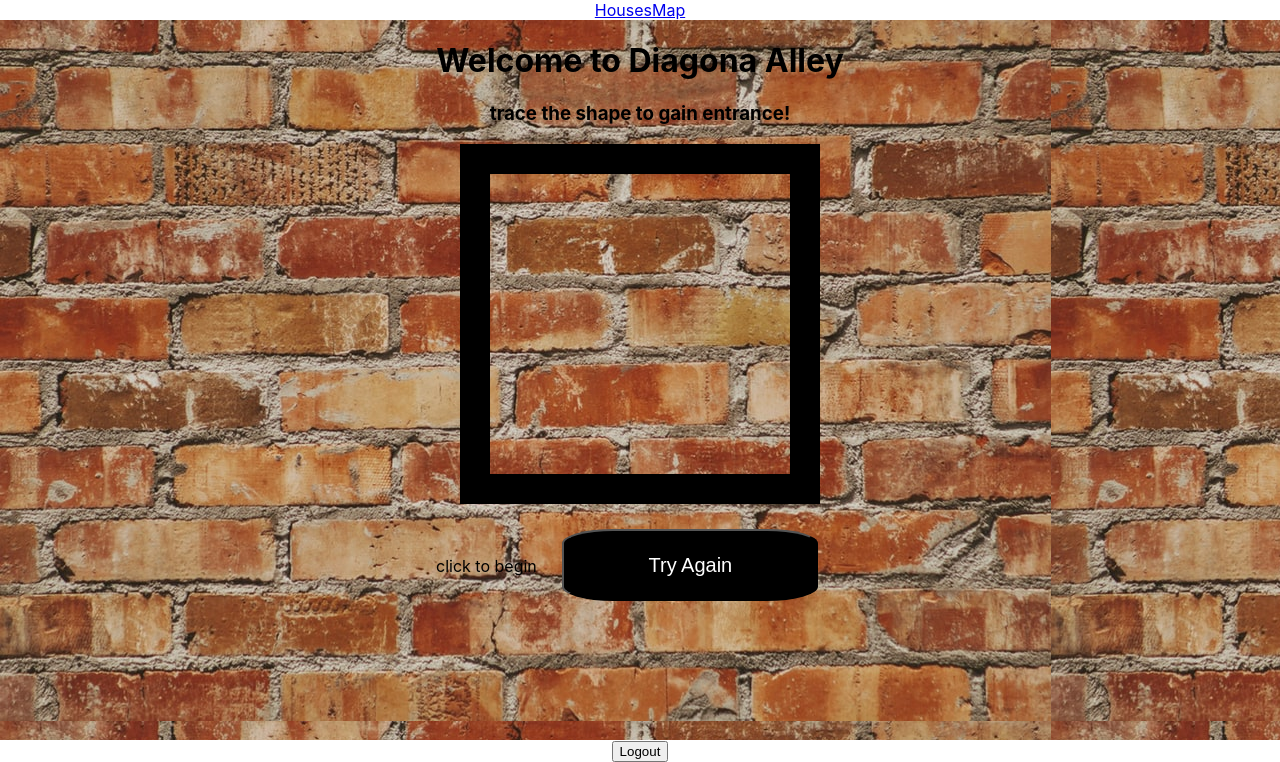
Repository: Brandon205/PotterGo
Page: /houses (app in client/)
The author's editor kept a copy of each file at every save. The page is drawn from the files as they stood at one save, then again after the next save.
The browser window is 1280 px wide. The pictures show the whole page.
The project was rebuilt for these pictures with package versions that can differ from the ones it lists, and the page was loaded fresh each time. A package was used in the major version that the imports need, not the one package.json lists. Also part of the build but not shown: client/src/Homepage.jsx, client/src/Signup.js, client/src/Login.js, client/src/LoginPage.jsx, client/src/WandGenerator.jsx.

Above is the page before, as saved 2019-11-21 16:01:37.

### client/src/App.js
import React from 'react';
import './App.css';
import Axios from 'axios';
import {
  BrowserRouter as Router,
  Route,
  Link,
} from 'react-router-dom';
import DiagonAlley from './DiagonAlley';
import Homepage from './Homepage';
import LoginPage from './LoginPage';
import WandGenerator from './WandGenerator';

class App extends React.Component {
  state = {
    token: '',
    user: null,
    errorMessage: '',
    lockedResult: '',
    redirect: ''
  }

  checkForLocalToken = () => {
    // Look in LS for localtoken
    let token = localStorage.getItem('mernToken');
    if (!token || token === 'undefined') {
      // if no taken, remove all evidence of mernToken from LS and state
      localStorage.removeItem('mernToken');
      this.setState({ token: '', user: null });
    } else {
      // if token, verify token on backend
      Axios.post('/auth/me/from/token', { token })
      .then(res => {
        if (res.data.type === 'error') {
          localStorage.removeItem('mernToken');
          this.setState({ token: '', user: null, errorMessage: res.data.message });
        } else {
          // if verified store it back in LS and state
          localStorage.setItem('mernToken', res.data.token);
          this.setState({ token: res.data.token, user: res.data.user });
        }
      })
    }
  }

  componentDidMount = () => {
    this.checkForLocalToken()
  }

  liftToken = ({token, user}) => {
    this.setState({ token, user });
  }

  logout = () => {
    localStorage.removeItem('mernToken');
    this.setState({ token: '', user: null });
  }

  render() {
    return (
      <Router>
        <div className="App">
          <Link to='/houses'>Houses</Link>
          <Link to='/map'>Map</Link>
          <Route exact path='/' render={ () => <LoginPage liftToken={this.liftToken}/>}/>
          <Route exact path='/map' component={Homepage}/>
          <Route exact path='/houses' component={DiagonAlley}/>
          <Route exact path='/wand' component={WandGenerator}/>
          <button onClick={this.logout}>Logout</button>
        </div>
      </Router>
    );
  }
}

export default App;

### client/src/App.css
.App {
  text-align: center;
}

.App-logo {
  height: 40vmin;
}

.App-header {
  background-color: #282c34;
  min-height: 100vh;
  display: flex;
  flex-direction: column;
  align-items: center;
  justify-content: center;
  font-size: calc(10px + 2vmin);
  color: white;
}

.App-link {
  color: #09d3ac;
}

.backgroundDiv {
  display: flex;
  flex-flow: column;
  height: 100vh;
  width: 100vw;
  background-image: url('brick.jpg');
}

.container {
  display: flex;
  align-content: center;
  justify-content: center;
}

.diagonDiv {
  height: 300px;
  width: 300px;
  border: 30px solid black;
}

.innerDiv {
  height: 300px;
  width: 300px;
}

.tryAgain {
  margin: 2%;
  width: 20vw;
  height: 10vh;
  border-radius: 20%;
  background: black;
  font-size: 20px;
  color: white;
}

### client/src/DiagonAlley.jsx
import React, { useState, useEffect } from 'react'
import axios from 'axios'

function DiagonAlley () {
    const [X, setX] = useState(0)
    const [Y, setY] = useState(0)
    const [breaking, setBreaking] = useState(false)
    const [youFaileda, setyouFaileda] = useState('')

    function onMouseMove (event)  {
        setX(event.screenX)
        setY(event.screenY)
        console.log(X, Y)
    }

    function onMouseMoveTwo (event)  {
        setBreaking(true)
        setyouFaileda('The wall stays solid! Please try again!')
        console.log('You have failed')
    }

    function onMouseDown(event) {
        console.log('mouse down')
    }

    function onClick (event) {
        setyouFaileda('')
    }

    var youFailed;
    var youFailedFinal;
    if (breaking) {
        youFailed = youFaileda
        youFailedFinal = <h3>{youFailed}</h3>
    } else {
        youFailedFinal = 'click to begin'
    }
    return (
        <div className='backgroundDiv'>
            <div>
                <h1>Welcome to Diagona Alley</h1>
                <h3>trace the shape to gain entrance!</h3>
            </div>
            <div className='container'>
                <div onMouseMove={onMouseMove} onMouseDown={onMouseDown} className='diagonDiv'>
                <div onMouseMove={onMouseMoveTwo} className='innerDiv'></div>
                </div>
            </div>
            <div>
                {youFailedFinal}
                <button onClick={onClick} className='tryAgain'>Try Again</button>
            </div>
        </div>
    )
}

export default DiagonAlley

Loaded but not shown: client/public/index.html (common file); client/src/index.js (common file); client/src/index.css (common file); client/src/serviceWorker.js (common file)

After the next save:
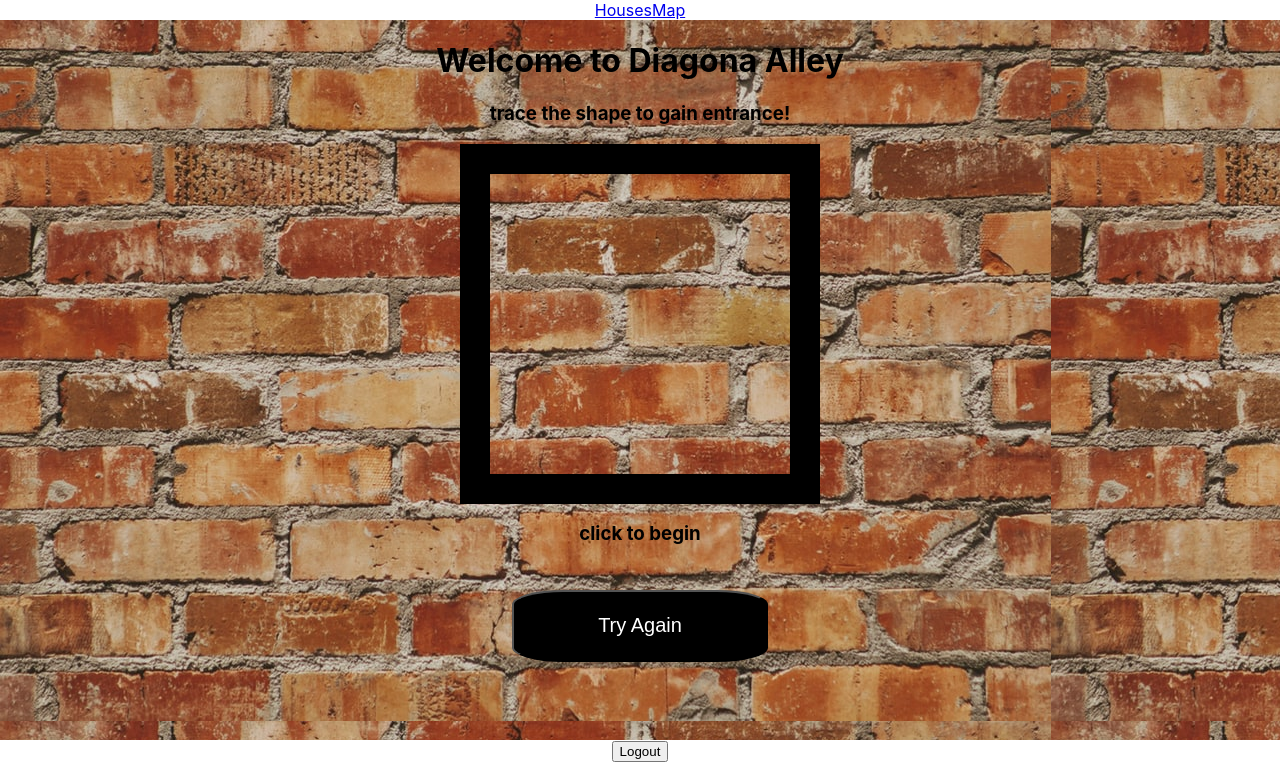
Saved 42 s later.
--- a/client/src/DiagonAlley.jsx
+++ b/client/src/DiagonAlley.jsx
@@ -33,7 +33,8 @@
         youFailed = youFaileda
         youFailedFinal = <h3>{youFailed}</h3>
     } else {
-        youFailedFinal = 'click to begin'
+        youFailed = 'click to begin'
+        youFailedFinal = <h3>{youFailed}</h3>
     }
     return (
         <div className='backgroundDiv'>
